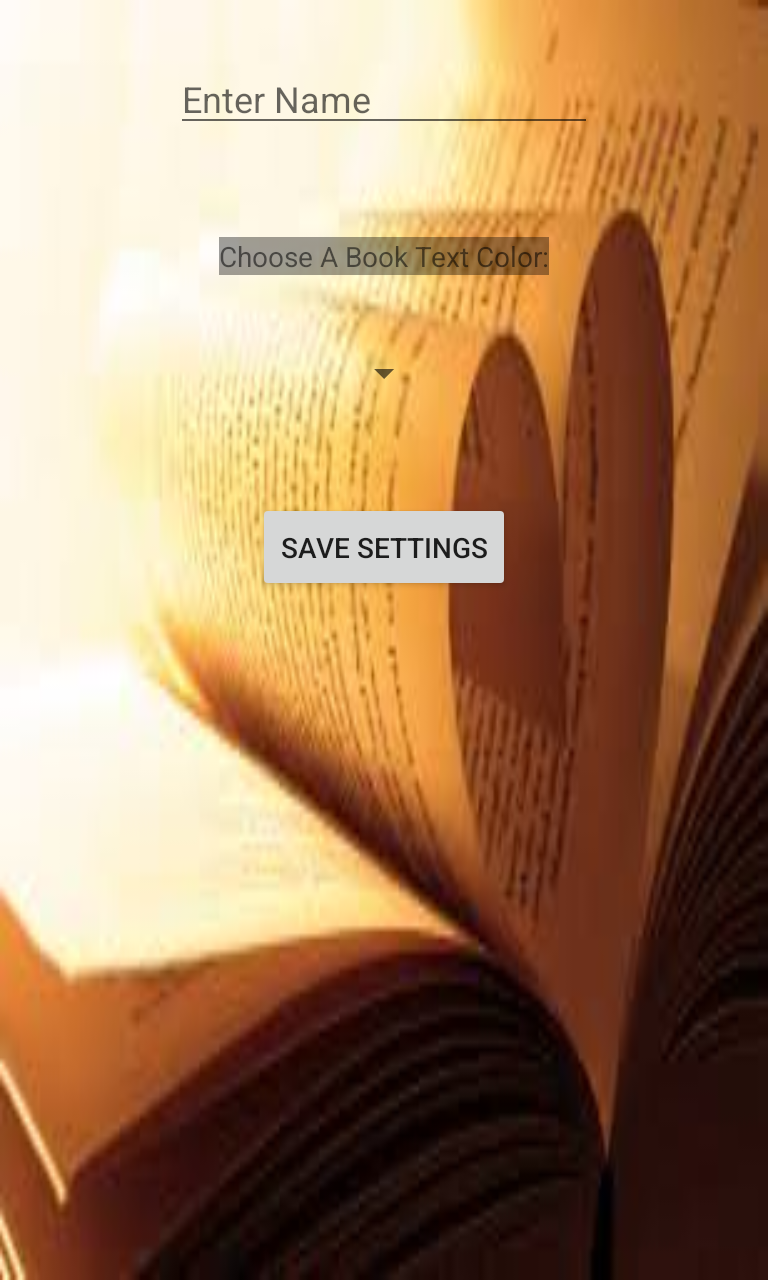
Repository: arianaantonio/MDF3_Antonio
Layout: Readable/res/layout/activity_main.xml
The author's editor kept a copy of each file at every save. The layout is drawn from the files as they stood at one save, then again after the next save.
It is drawn on a 768 x 1280 px phone screen (xhdpi) without system bars, with theme AppTheme; the app's code is not run. The app's manifest (not shown) leaves right-to-left support off. So textAlignment, textDirection and layoutDirection are ignored, and left and right values win over start and end ones.

Above is the layout before, as saved 2014-08-21 03:17:42.

After the next save:
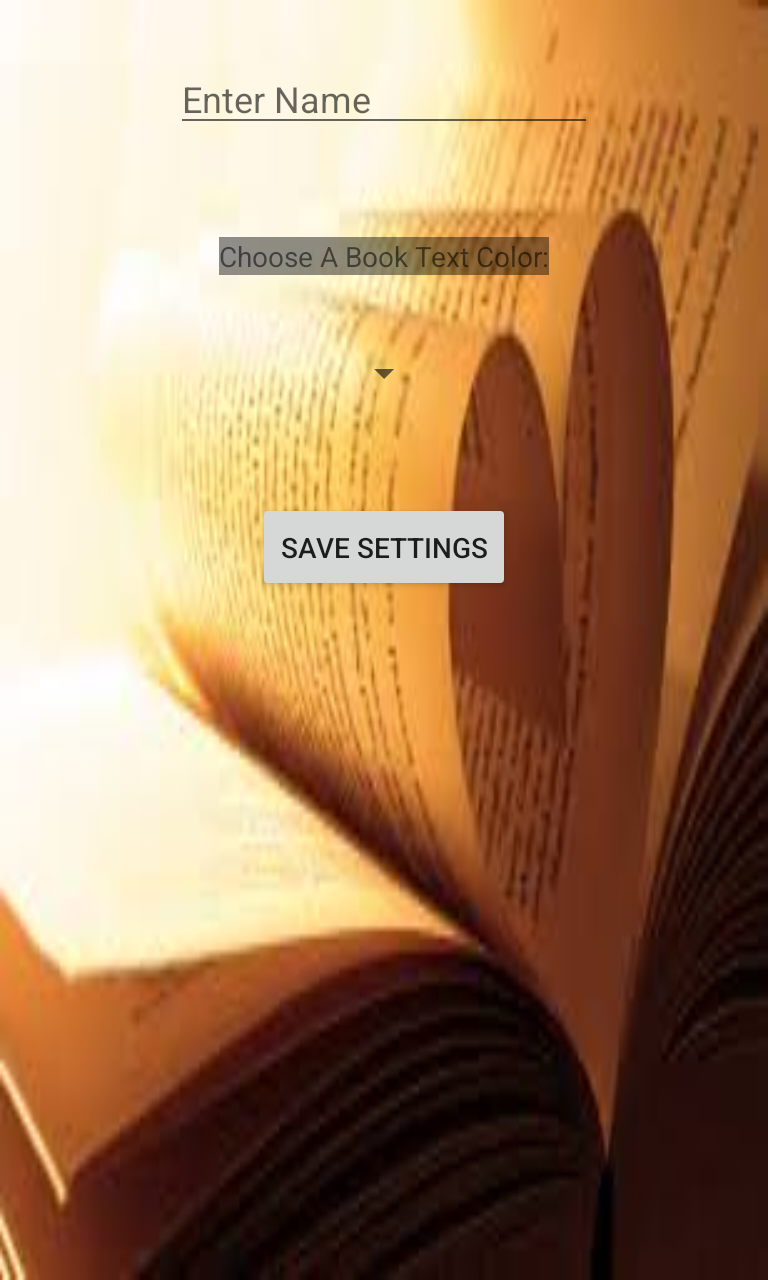
Saved 15 s later.
--- a/Readable/res/values/strings.xml
+++ b/Readable/res/values/strings.xml
@@ -13,6 +13,6 @@
     <color name="black">#000000</color>
     <string name="name">Enter Name</string>
     <color name="lightgrey">#65D3D3D3</color>
-    <color name="transparentBlack">#60000000</color>
+    <color name="transparentBlack">#70000000</color>
 
 </resources>
